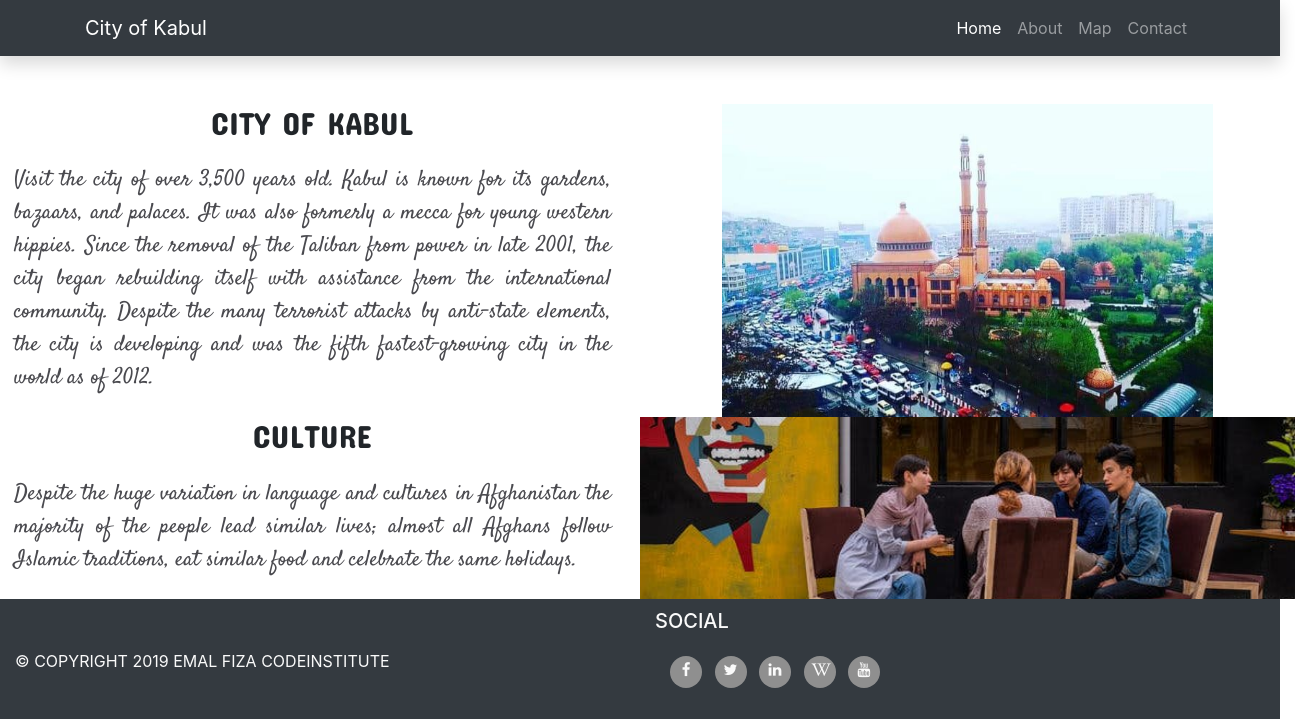
Repository: emalfiza/project-kabul
Page: about.html
The author's editor kept a record of every edit. The page is drawn from the files as they stood at one moment, then again after the next edit.
The browser window is 1280 px wide. The page is 1295 px wide, so the pictures cover 1295 px, including what lies to the right of the window. The pictures show the whole page.

Above is the page before.

After the next edit:
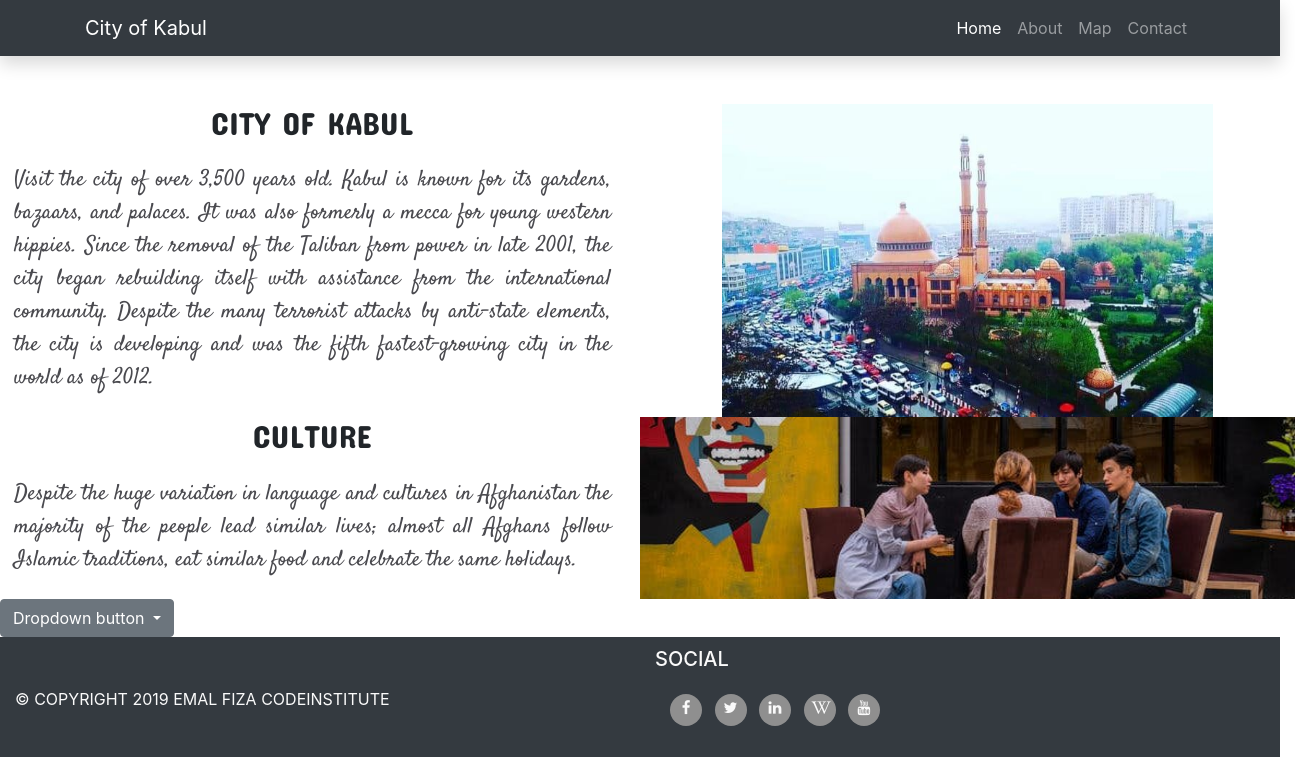
The edit:
--- a/about.html
+++ b/about.html
@@ -79,6 +79,17 @@
   </section>
   <section>
 
+    <div class="dropdown">
+  <button class="btn btn-secondary dropdown-toggle" type="button" id="dropdownMenuButton" data-toggle="dropdown" aria-haspopup="true" aria-expanded="false">
+    Dropdown button
+  </button>
+  <div class="dropdown-menu" aria-labelledby="dropdownMenuButton">
+    <a class="dropdown-item" href="#">Action</a>
+    <a class="dropdown-item" href="#">Another action</a>
+    <a class="dropdown-item" href="#">Something else here</a>
+  </div>
+  </div>
+
   </section>
 
   <!------------------------------------------------ Footer -->
